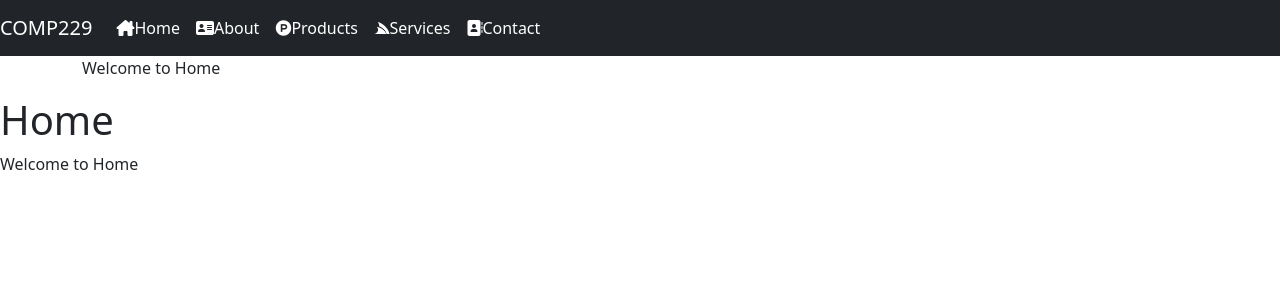
Repository: BlessingAjiboye/WEEK52023W
Page: http://localhost/
These files come from the project's save history. The page is drawn as it stood at one moment and after a run of saves; the edit follows.
The browser window is 1280 px wide. The pictures show the whole page.
The page is served by the project's Node server (server.js).

Above is the page before, as saved 2023-01-26 11:32:30.

After the next 5 saves:
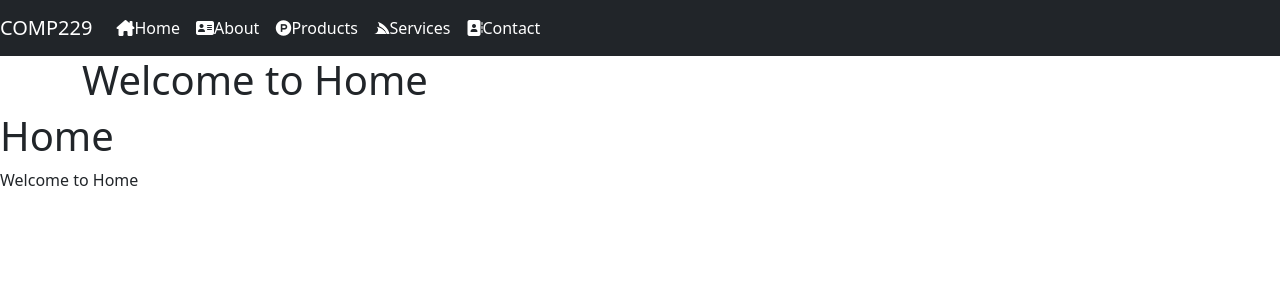
The 5 saves are shown as one change because they came seconds apart.
The last was saved 15 s later.
--- a/views/index.ejs
+++ b/views/index.ejs
@@ -63,7 +63,7 @@
 </nav>
 <main class="container">
   <div class="jumbotron">
-    <p>Welcome to <%= title %></p>
+    <h1 class="">Welcome to <%= title %></h1>
     </div>
   </main>
    <h1><%= title %></h1>
